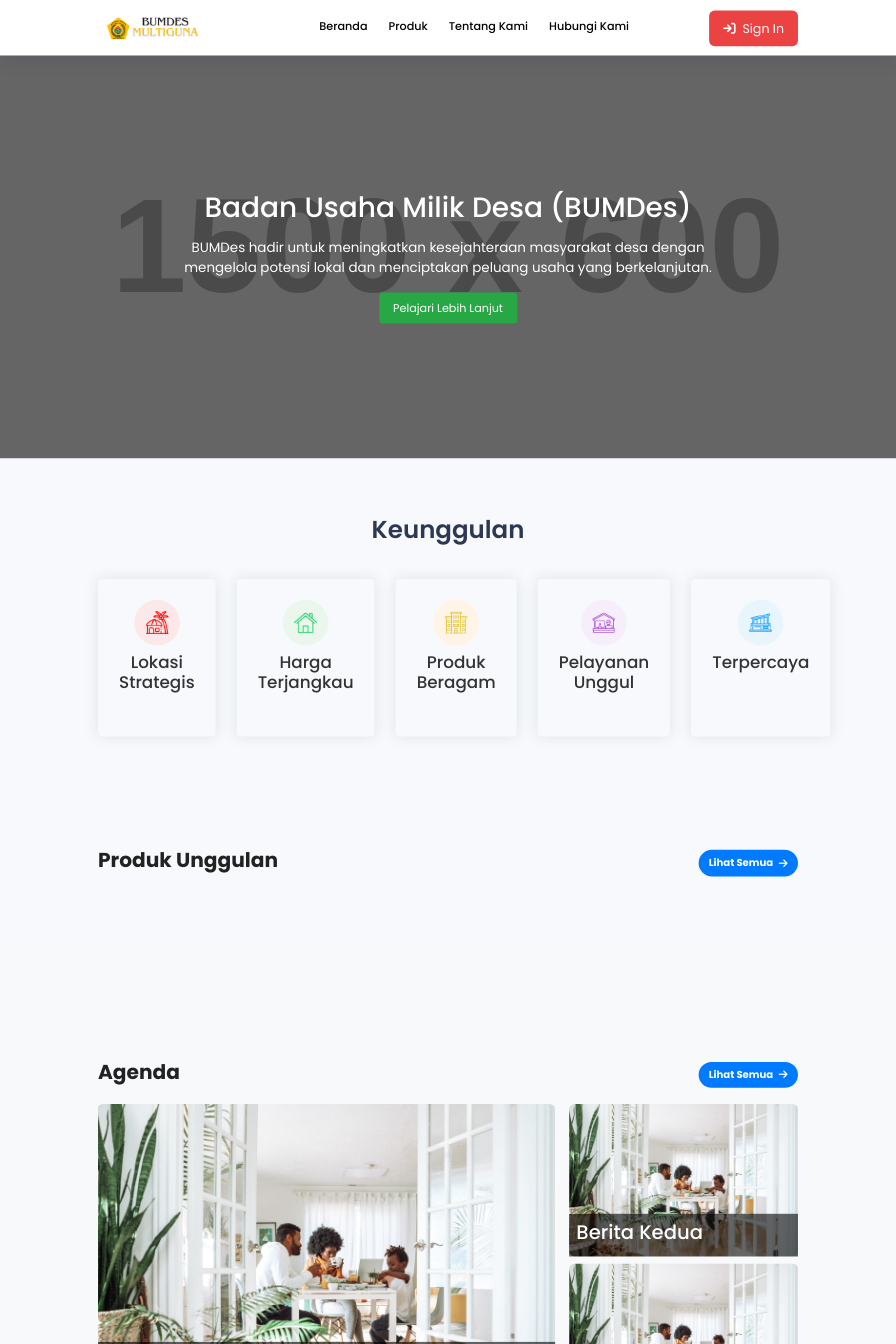
Repository: Sandyskuy/bumdes-user
Page: /
The author's editor kept a copy of each file at every save. The page is drawn from the files as they stood at one save, then again after a run of saves.
The browser window is 1280 px wide. The pictures show the part of the page from y = 0 to 1920 px (the page is 3056 px tall), at 70% of full size.
The page's requests for data from a server got no answer. Some web libraries are served in a nearby version. The project was rebuilt for these pictures with package versions that can differ from the ones it lists, and the page was loaded fresh each time. No one was signed in, and anything a server would have sent is missing. Also part of the build but not shown: src/components/common/Back.css, src/components/common/Back.jsx, src/components/about/about.css, src/components/about/About.jsx, src/components/home/price/PriceCard.jsx, src/components/home/price/price.css, src/components/pricing/Pricing.jsx, src/components/home/recent/RecentCard.jsx and 22 more.

Above is the page before, as saved 2025-03-17 14:28:34.

### public/index.html
<!DOCTYPE html>
<html lang="en">
  <head>
    <meta charset="utf-8" />
    <link rel="icon" href="%PUBLIC_URL%/favicon2.png" />
    <meta name="viewport" content="width=device-width, initial-scale=1" />
    <meta name="theme-color" content="#000000" />
    <meta name="description" content="Web site created using create-react-app" />
    <link rel="apple-touch-icon" href="%PUBLIC_URL%/logo192.png" />
    <link rel="stylesheet" href="https://cdnjs.cloudflare.com/ajax/libs/font-awesome/6.1.1/css/all.min.css" integrity="sha512-KfkfwYDsLkIlwQp6LFnl8zNdLGxu9YAA1QvwINks4PhcElQSvqcyVLLD9aMhXd13uQjoXtEKNosOWaZqXgel0g==" crossorigin="anonymous" referrerpolicy="no-referrer" />
    <link rel="manifest" href="%PUBLIC_URL%/manifest.json" />
    <link href="https://cdn.jsdelivr.net/npm/bootstrap@5.3.0-alpha1/dist/css/bootstrap.min.css" rel="stylesheet">
</head>
    <title>Bumdes Multiguna</title>
  </head>
  <body>
    <noscript>You need to enable JavaScript to run this app.</noscript>
    <div id="root"></div>
  </body>
</html>

### src/components/home/Home.jsx
import React from "react"
import Awards from "./awards/Awards"
import Featured from "./featured/Featured"
import Hero from "./hero/Hero"
import PasarSindon from "./location/Location"
import Recomended from "./recomended/BestSelling"

const Home = () => {
  return (
    <>
      <Hero />
      <Featured />
      <Recomended />
      <Awards />
      <PasarSindon />
    </>
  )
}

export default Home

### src/components/pages/DefaultLayout.jsx
import React from 'react';
import Header from '../common/header/Header';
import Footer from '../common/footer/Footer';

const DefaultLayout = ({ children }) => {
  return (
    <>
      <Header />
      <main>{children}</main>
      <Footer />
    </>
  );
};

export default DefaultLayout;

### src/components/home/awards/Awards.jsx
import React from "react";
import { Link } from "react-router-dom";
import "./awards.css";
import img from "../../images/about.jpg";

const Awards = () => {
  // Data berita manual
  const newsItems = [
    {
      title: "Berita Utama Hari Ini",
      description:
        "Ringkasan singkat dari berita utama yang menarik perhatian banyak orang.",
    },
    {
      title: "Berita Kedua",
    },
    {
      title: "Berita Ketiga",
    },
  ];

  return (
    <section className="awards padding">
      <div className="container">
        <div className="heading-container">
          <h1>Agenda</h1>
          <Link to="/newslist" className="lihat-semua-btn">
            Lihat Semua <i className="fas fa-arrow-right"></i>
          </Link>
        </div>
        <div className="news-grid">
          {newsItems.length > 0 && (
            <div className="news-large">
              <img src={img} alt={newsItems[0].title} />
              <div className="news-overlay">
                <h2>{newsItems[0].title}</h2>
                <p>{newsItems[0].description}</p>
              </div>
            </div>
          )}
          <div className="news-small-container">
            {newsItems.slice(1).map((item, index) => (
              <div className="news-small" key={index}>
                <img src={img} alt={item.title} />
                <div className="news-overlay">
                  <h3>{item.title}</h3>
                </div>
              </div>
            ))}
          </div>
        </div>
      </div>
    </section>
  );
};

export default Awards;

### src/components/home/featured/Featured.jsx
import React from "react"
import Heading from "../../common/Heading"
import "./Featured.css"
import FeaturedCard from "./FeaturedCard"

const Featured = () => {
  return (
    <>
      <section className='featured background'>
        <div className='container'>
          <Heading title='Keunggulan' />
          <FeaturedCard />
        </div>
      </section>
    </>
  )
}

export default Featured

### src/components/home/hero/Hero.jsx
import React from "react";
import "./hero.css";

const Hero = () => {
  return (
    <section className="hero-section">
      <div className="hero-container">
        <div className="hero-content">
          <h1>Badan Usaha Milik Desa (BUMDes)</h1>
          <p>
            BUMDes hadir untuk meningkatkan kesejahteraan masyarakat desa dengan
            mengelola potensi lokal dan menciptakan peluang usaha yang
            berkelanjutan.
          </p>
          <a href="#pelajari-lebih" className="hero-btn">
            Pelajari Lebih Lanjut
          </a>
        </div>
      </div>
    </section>
  );
};

export default Hero;

### src/components/home/location/Location.jsx
import React from "react";
import Heading from "../../common/Heading";
import "./style.css";

const PasarSindon = () => {
  return (
    <section className="about">
      <div className="container grid">
        {/* Kiri - Deskripsi */}
        <div className="about-text">
          <div className="about-title">
            <h1>Pasar Sindon </h1>
            <p>
              CJGC+4PG, Sindon, Sidomulyo, Kec. Wonoasri, Kabupaten Madiun, Jawa
              Timur 63157
            </p>
          </div>
          <p>
            Pasar tradisional ini menjadi tempat bertemunya pembeli dan penjual
            lintas generasi. Pada pagi hari, pasar ini ramai oleh pedagang dan
            pembeli, mencerminkan perannya yang vital dalam mendukung ekonomi
            masyarakat sekitar. Nuansa tradisional masih terasa dengan penjual
            lesehan, tawar-menawar, hingga sistem barter. Sore hari, banyak UMKM
            yang menjajakan dagangannya di sekitar pasar. Website ini bertujuan
            untuk mengenalkan Pasar Sindon agar lebih dikenal, tidak hanya di
            Kabupaten Madiun tetapi juga di seluruh Indonesia.
          </p>

          <a
            href="https://pasarsindon.com/"
            className="btn-visit"
            target="_blank"
            rel="noopener noreferrer"
          >
            Kunjungi Pasar
          </a>
        </div>

        {/* Kanan - Gambar */}
        <div className="about-image">
          <img src="immio1.png" alt="Pasar Sindon" loading="lazy" />
        </div>
      </div>
    </section>
  );
};

export default PasarSindon;

### src/components/common/footer/Footer.jsx
import React from "react";
import { footer } from "../../data/Data";
import "./footer.css";

const Footer = () => {
  return (
    <>
      <footer>
        <div className="container">
          <div className="box">
            <div className="logo">
              <img src="../images/logo3.png" alt="" />

              <p>
                Badan Usaha Milik Desa (BUMDes) Multiguna Sidomulyo adalah
                sebuah entitas usaha yang beroperasi di Desa Sidomulyo,
                Kecamatan Wonoasri, Kabupaten Madiun.
              </p>
            </div>
          </div>

          {footer.map((val) => (
            <div className="box" key={val.title}>
              <h3>{val.title}</h3>
              <ul>
                {val.text.map((items, index) => (
                  <li key={index}>{items.list}</li>
                ))}
              </ul>
            </div>
          ))}
        </div>
      </footer>
      <div className="legal">
        <span>©2024 Bumdes Sidomulyo. All Rights Reserved</span>
      </div>
    </>
  );
};

export default Footer;

### src/components/home/awards/awards.css
.news-grid {
  display: flex;
  gap: 20px;
  flex-wrap: wrap; /* Allow wrapping on smaller screens */
}

.news-large {
  flex: 2;
  position: relative;
  max-width: 70%; /* Limit the width on larger screens */
}

.news-large img {
  width: 100%;
  height: auto;
  border-radius: 8px;
}

.news-overlay {
  position: absolute;
  bottom: 0;
  background: rgba(0, 0, 0, 0.6);
  color: white;
  padding: 10px;
  width: 100%;
}

.news-small-container {
  flex: 1;
  display: flex;
  flex-direction: column;
  gap: 10px;
}

.news-small {
  position: relative;
}

.news-small img {
  width: 100%;
  height: auto;
  border-radius: 8px;
}

/* Responsive Design */
@media (max-width: 768px) {
  .news-grid {
    flex-direction: column; /* Stack news items vertically on smaller screens */
  }

  .news-large {
    flex: 1; /* Allow the large news item to take up full width */
    max-width: 100%; /* Allow the large news item to take up the full width */
  }

  .news-small-container {
    flex: 1;
  }
}

@media (max-width: 480px) {
  .news-overlay {
    padding: 5px; /* Adjust padding for smaller screens */
  }
}

### src/components/home/hero/hero.css
.hero-section {
  background: url("https://via.placeholder.com/1500x600") no-repeat center
    center/cover;
  height: 80vh;
  display: flex;
  align-items: center;
  justify-content: center;
  text-align: center;
  color: white;
  position: relative;
}

.hero-section::before {
  content: "";
  position: absolute;
  top: 0;
  left: 0;
  width: 100%;
  height: 100%;
  background: rgba(0, 0, 0, 0.5);
}

.hero-container {
  position: relative;
  max-width: 800px;
  padding: 20px;
}

.hero-content h1 {
  font-size: 2.5rem;
  margin-bottom: 20px;
}

.hero-content p {
  font-size: 1.2rem;
  margin-bottom: 20px;
}

.hero-btn {
  display: inline-block;
  padding: 10px 20px;
  font-size: 1rem;
  color: white;
  background: #28a745;
  text-decoration: none;
  border-radius: 5px;
  transition: 0.3s;
}

.hero-btn:hover {
  background: #218838;
}

### src/components/home/location/style.css
@import url("https://fonts.googleapis.com/css2?family=Poppins:wght@300;400;600&display=swap");

.about {
  padding: 50px 0;
  background: #f8f9fa;
}

.grid {
  display: grid;
  grid-template-columns: repeat(2, 1fr);
  align-items: center;
  gap: 40px;
}

.about-text p {
  text-align: justify;
  font-size: 16px;
  line-height: 1.6;
  color: #333;
}

.about-title {
  text-align: left;
  margin-bottom: 20px;
}

.about-title h1 {
  font-size: 35px;
  font-weight: 600;
  color: #222;
  margin-bottom: 5px;
}

.about-title p {
  font-size: 16px;
  color: #555;
  margin: 0;
  line-height: 1.5;
}

.btn-visit {
  display: inline-block;
  background: #eb4242;
  color: white;
  padding: 12px 20px;
  border-radius: 8px;
  text-decoration: none;
  font-weight: bold;
  margin-top: 15px;
  transition: 0.3s;
}

.btn-visit:hover {
  background: #0056b3;
}

.about-image img {
  width: 100%;
  border-radius: 12px;
  box-shadow: 0 8px 16px rgba(0, 0, 0, 0.1);
}

/* RESPONSIVE */
@media (max-width: 1024px) {
  .grid {
    grid-template-columns: 1fr; /* Stack content for medium screens */
    gap: 20px;
  }

  .about-text {
    margin: 0;
    text-align: center;
  }

  .about-title h1 {
    font-size: 28px;
  }

  .about-title p {
    font-size: 14px;
  }

  .btn-visit {
    width: 100%;
    text-align: center;
    padding: 12px;
  }

  .about-image img {
    border-radius: 8px;
  }

  /* Rearranging image above text */
  .about-image {
    order: -1; /* Move the image above the text */
  }
}

@media (max-width: 768px) {
  .grid {
    grid-template-columns: 1fr; /* Stack content for small screens */
    text-align: center;
  }

  .about-text {
    margin: auto;
  }

  .about-title h1 {
    font-size: 26px;
  }

  .about-title p {
    font-size: 14px;
  }

  .btn-visit {
    width: fit-content;
    margin: auto;
    padding: 10px 16px;
    font-size: 14px;
  }

  .about-image img {
    border-radius: 8px;
  }

  /* Rearranging image above text */
  .about-image {
    order: -1; /* Move the image above the text */
  }
}

@media (max-width: 480px) {
  .about-title h1 {
    font-size: 24px;
  }

  .about-title p {
    font-size: 12px;
  }

  .about-text p {
    font-size: 14px;
  }

  .btn-visit {
    padding: 10px 15px;
    font-size: 13px;
  }

  /* Rearranging image above text */
  .about-image {
    order: -1; /* Move the image above the text */
  }
}

### src/components/data/Data.js
export const nav = [
  {
    text: "beranda",
    path: "/",
  },
  {
    text: "produk",
    path: "/product",
  },
  {
    text: "tentang kami",
    path: "/about",
  },
  {
    text: "hubungi kami",
    path: "/contact",
  },

];

export const navLogined = [
  {
    text: "beranda",
    path: "/",
  },
  {
    text: "produk",
    path: "/product",
  },
  {
    text: "tentang kami",
    path: "/about",
  },
  {
    text: "hubungi kami",
    path: "/contact",
  },
];

export const featured = [
  {
    cover: "../images/hero/h1.png",
    name: "Lokasi Strategis",
    total: "",
  },
  {
    cover: "../images/hero/h2.png",
    name: "Harga Terjangkau",
    total: "",
  },
  {
    cover: "../images/hero/h3.png",
    name: "Produk Beragam",
    total: "",
  },
  {
    cover: "../images/hero/h4.png",
    name: "Pelayanan Unggul",
    total: "",
  },
  {
    cover: "../images/hero/h6.png",
    name: "Terpercaya",
    total: "",
  },
];
export const list = [
  {
    id: 1,
    cover: "../images/list/p-1.png",
    name: "Red Carpet Real Estate",
    location: "210 Zirak Road, Canada",
    category: "For Rent",
    price: "$3,700",
    type: "Apartment",
  },
  {
    id: 2,
    cover: "../images/list/p-2.png",
    name: "Fairmount Properties",
    location: "5698 Zirak Road, NewYork",
    category: "For Sale",
    price: "$9,750",
    type: "Condos",
  },
  {
    id: 3,
    cover: "../images/list/p-7.png",
    name: "The Real Estate Corner",
    location: "5624 Mooker Market, USA",
    category: "For Rent",
    price: "$5,860",
    type: "Offices",
  },
  {
    id: 4,
    cover: "../images/list/p-4.png",
    name: "Herringbone Realty",
    location: "5621 Liverpool, London",
    category: "For Sale",
    price: "$7,540",
    type: "Homes & Villas",
  },
  {
    id: 5,
    cover: "../images/list/p-5.png",
    name: "Brick Lane Realty",
    location: "210 Montreal Road, Canada",
    category: "For Rent",
    price: "$4,850",
    type: "Commercial",
  },
  {
    id: 6,
    cover: "../images/list/p-6.png",
    name: "Banyon Tree Realty",
    location: "210 Zirak Road, Canada",
    category: "For Sale",
    price: "$2,742",
    type: "Apartment",
  },
];
export const awards = [
  {
    icon: <i class="fa-solid fa-trophy"></i>,
    num: "",
    name: "UMKM Terbaik",
  },
  {
    icon: <i class="fa-solid fa-briefcase"></i>,
    num: "",
    name: "Terjangkau",
  },
  {
    icon: <i class="fa-solid fa-lightbulb"></i>,
    num: "",
    name: "Inovatif",
  },
  {
    icon: <i class="fa-solid fa-heart"></i>,
    num: "",
    name: "Terpercaya",
  },
];
export const location = [
  {
    id: 1,
    name: "New Orleans, Louisiana",
    Villas: "12 Villas",
    Apartments: "10 Apartments",
    Offices: "07 Offices",
    cover: "./images/location/city-1.png",
  },
  {
    id: 2,
    name: "Jerrsy, United State",
    Villas: "12 Villas",
    Apartments: "10 Apartments",
    Offices: "07 Offices",
    cover: "./images/location/city-2.png",
  },
  {
    id: 3,
    name: "Liverpool, London",
    Villas: "12 Villas",
    Apartments: " 10 Apartments",
    Offices: "07 Offices",
    cover: "./images/location/city-3.png",
  },
  {
    id: 4,
    name: "NewYork, United States",
    Villas: "12 Villas",
    Apartments: " 10 Apartments",
    Offices: "07 Offices",
    cover: "./images/location/city-4.png",
  },
  {
    id: 5,
    name: "Montreal, Canada",
    Villas: "12 Villas",
    Apartments: " 10 Apartments",
    Offices: "07 Offices",
    cover: "./images/location/city-5.png",
  },
  {
    id: 6,
    name: "California, USA",
    Villas: "12 Villas",
    Apartments: " 10 Apartments",
    Offices: "07 Offices",
    cover: "./images/location/city-6.png",
  },
];
export const team = [
  {
    list: "50",
    cover: "../images/customer/team-1.jpg",
    address: "Liverpool, Canada",
    name: "Sargam S. Singh",
    icon: [
      <i class="fa-brands fa-facebook-f"></i>,
      <i class="fa-brands fa-linkedin"></i>,
      <i class="fa-brands fa-twitter"></i>,
      <i class="fa-brands fa-instagram"></i>,
    ],
  },
  {
    list: "70",
    cover: "../images/customer/team-2.jpg",
    address: "Montreal, Canada",
    name: "Harijeet M. Siller",
    icon: [
      <i class="fa-brands fa-facebook-f"></i>,
      <i class="fa-brands fa-linkedin"></i>,
      <i class="fa-brands fa-twitter"></i>,
      <i class="fa-brands fa-instagram"></i>,
    ],
  },
  {
    list: "80",
    cover: "../images/customer/team-3.jpg",
    address: "Denever, USA",
    name: "Anna K. Young",
    icon: [
      <i class="fa-brands fa-facebook-f"></i>,
      <i class="fa-brands fa-linkedin"></i>,
      <i class="fa-brands fa-twitter"></i>,
      <i class="fa-brands fa-instagram"></i>,
    ],
  },
  {
    list: "51",
    cover: "../images/customer/team-4.jpg",
    address: "2272 Briarwood Drive",
    name: "Michael P. Grimaldo",
    icon: [
      <i class="fa-brands fa-facebook-f"></i>,
      <i class="fa-brands fa-linkedin"></i>,
      <i class="fa-brands fa-twitter"></i>,
      <i class="fa-brands fa-instagram"></i>,
    ],
  },
  {
    list: "42",
    cover: "../images/customer/team-5.jpg",
    address: "2272 Briarwood Drive",
    name: "Michael P. Grimaldo",
    icon: [
      <i class="fa-brands fa-facebook-f"></i>,
      <i class="fa-brands fa-linkedin"></i>,
      <i class="fa-brands fa-twitter"></i>,
      <i class="fa-brands fa-instagram"></i>,
    ],
  },
  {
    list: "38",
    cover: "../images/customer/team-5.jpg",
    address: "Montreal, USA",
    name: "Adam K. Jollio",
    icon: [
      <i class="fa-brands fa-facebook-f"></i>,
      <i class="fa-brands fa-linkedin"></i>,
      <i class="fa-brands fa-twitter"></i>,
      <i class="fa-brands fa-instagram"></i>,
    ],
  },
];
export const price = [
  {
    plan: "Basic",
    price: "29",
    ptext: "per user, per month",
    list: [
      {
        icon: <i class="fa-solid fa-check"></i>,
        text: "99.5% Uptime Guarantee",
      },
      {
        icon: <i class="fa-solid fa-check"></i>,
        text: "120GB CDN Bandwidth",
      },
      {
        icon: <i class="fa-solid fa-check"></i>,
        text: "5GB Cloud Storage",
      },
      {
        change: "color",
        icon: <i class="fa-solid fa-x"></i>,
        text: "Personal Help Support",
      },
      {
        change: "color",
        icon: <i class="fa-solid fa-x"></i>,
        text: "Enterprise SLA",
      },
    ],
  },
  {
    best: "Best Value",
    plan: "Standard",
    price: "49",
    ptext: "per user, per month",
    list: [
      {
        icon: <i class="fa-solid fa-check"></i>,
        text: "99.5% Uptime Guarantee",
      },
      {
        icon: <i class="fa-solid fa-check"></i>,
        text: "150GB CDN Bandwidth",
      },
      {
        icon: <i class="fa-solid fa-check"></i>,
        text: "10GB Cloud Storage",
      },
      {
        icon: <i class="fa-solid fa-check"></i>,
        text: "Personal Help Support",
      },
      {
        change: "color",
        icon: <i class="fa-solid fa-x"></i>,
        text: "Enterprise SLA",
      },
    ],
  },
  {
    plan: "Platinum",
    price: "79",
    ptext: "2 user, per month",
    list: [
      {
        icon: <i class="fa-solid fa-check"></i>,
        text: "100% Uptime Guarantee",
      },
      {
        icon: <i class="fa-solid fa-check"></i>,
        text: "200GB CDN Bandwidth",
      },
      {
        icon: <i class="fa-solid fa-check"></i>,
        text: "20GB Cloud Storage",
      },
      {
        icon: <i class="fa-solid fa-check"></i>,
        text: "Personal Help Support",
      },
      {
        icon: <i class="fa-solid fa-check"></i>,
        text: "Enterprise SLA",
      },
    ],
  },
];
export const footer = [
  {
    title: "MENU",
    text: [
      { list: "Beranda" },
      { list: "Produk" },
      { list: "Tentang Kami" },
      { list: "Hubungi kami" },
    ],
  },
  {
    title: "KONTAK",
    text: [
      { list: "Email : bumdessidomulyo@gmail.com" },
      { list: "No telp : 0891826281881" },
      {
        list: "Alamat : CJGC+4PG, Sindon, Sidomulyo, Kec. Wonoasri, Kabupaten Madiun, Jawa Timur 63157",
      },
    ],
  },
];

### src/components/common/footer/footer.css
.footerContact {
  background-color: #27ae60;
  padding: 40px 0;
  color: #fff;
  text-align: center;
}

.footerContact h1 {
  font-size: 35px;
}

footer {
  background-color: #bb2525;
  padding: 60px 0;
  color: #f8f5f5;
}

footer .container {
  display: grid;
  grid-template-columns: repeat(auto-fit, minmax(200px, 1fr));
  grid-gap: 20px;
  padding: 0 20px;
  text-align: center;
}

footer img {
  width: 120px;
  margin-bottom: 15px;
}

footer h2 {
  font-weight: 500;
  font-size: 1.5rem;
}

footer p {
  color: rgb(248, 246, 246);
  margin: 15px auto;
  text-align: justify;
  max-width: 80%;
}

footer h3 {
  font-weight: 500;
  margin-bottom: 20px;
  font-size: 1.3rem;
}

footer ul {
  padding: 0;
  list-style: none;
}

footer ul li {
  color: rgb(247, 246, 246);
  margin-bottom: 10px;
  font-size: 1rem;
}

.subscribe-button {
  background-color: #1e21d3;
  color: #fff;
  border: none;
  padding: 10px 16px;
  border-radius: 5px;
  cursor: pointer;
  font-size: 1rem;
}

.subscribe-button:hover {
  background-color: #f38a8a;
}

.legal {
  text-align: center;
  padding: 20px;
  background: #e62a2a;
  color: rgba(255, 255, 255, 0.8);
  font-size: 0.9rem;
  border-top: 1px solid rgba(255, 255, 255, 0.2);
}

/* RESPONSIVE DESIGN */
@media screen and (max-width: 1024px) {
  footer .container {
    grid-template-columns: repeat(2, 1fr);
  }

  footer p {
    max-width: 90%;
  }
}

@media screen and (max-width: 768px) {
  footer .container {
    grid-template-columns: 1fr;
    text-align: center;
  }

  footer img {
    width: 100px;
  }

  footer p {
    max-width: 100%;
    text-align: center;
  }
}

@media screen and (max-width: 480px) {
  footer h2 {
    font-size: 1.3rem;
  }

  footer h3 {
    font-size: 1.1rem;
  }

  .subscribe-button {
    font-size: 0.9rem;
    padding: 8px 14px;
  }

  .legal {
    font-size: 0.8rem;
  }
}

Loaded but not shown: src/index.js (common file); src/App.js (common file); src/App.css (common file); src/components/common/Heading.jsx (common file); src/components/contact/contact.css (common file); src/components/home/featured/Featured.css (common file); src/components/home/featured/FeaturedCard.jsx (common file); src/components/home/recomended/bestselling.css (186 lines, source omitted); src/components/transaksi/Keranjang.css (170 lines, source omitted); src/components/pages/Pages.jsx (150 lines, source omitted); src/components/common/header/Header.jsx (88 lines, source omitted); src/components/services/Service.css (186 lines, source omitted); src/components/home/recomended/BestSelling.jsx (90 lines, source omitted); src/components/common/header/header.css (146 lines, source omitted); src/components/services/Servicecard.css (116 lines, source omitted)

After the next 6 saves:
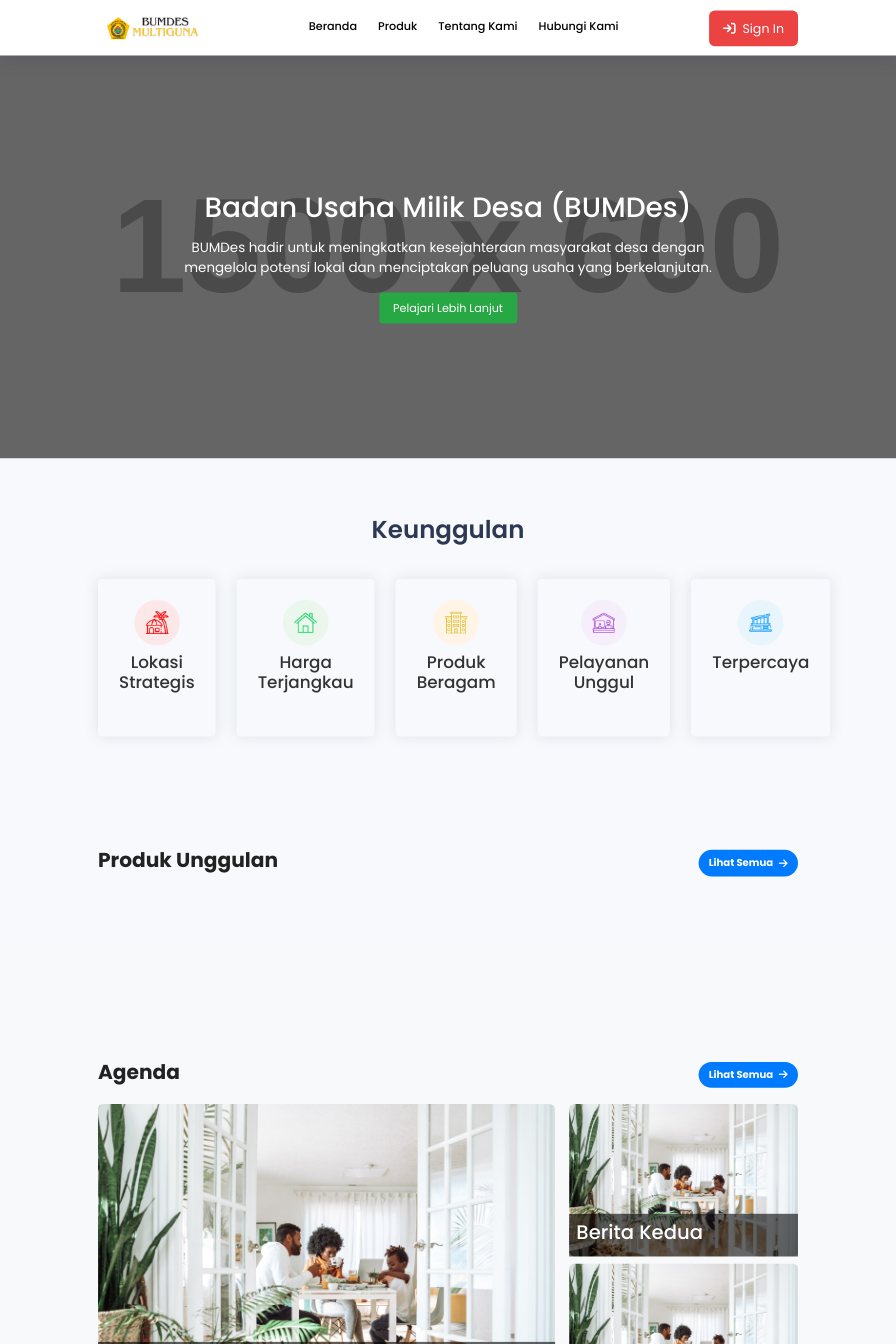
The 6 saves are shown as one change because they came seconds apart.
The last was saved 15 s later.
--- a/src/components/data/Data.js
+++ b/src/components/data/Data.js
@@ -15,7 +15,9 @@
     text: "hubungi kami",
     path: "/contact",
   },
-
+  {
+    text: ""
+  },
 ];
 
 export const navLogined = [
